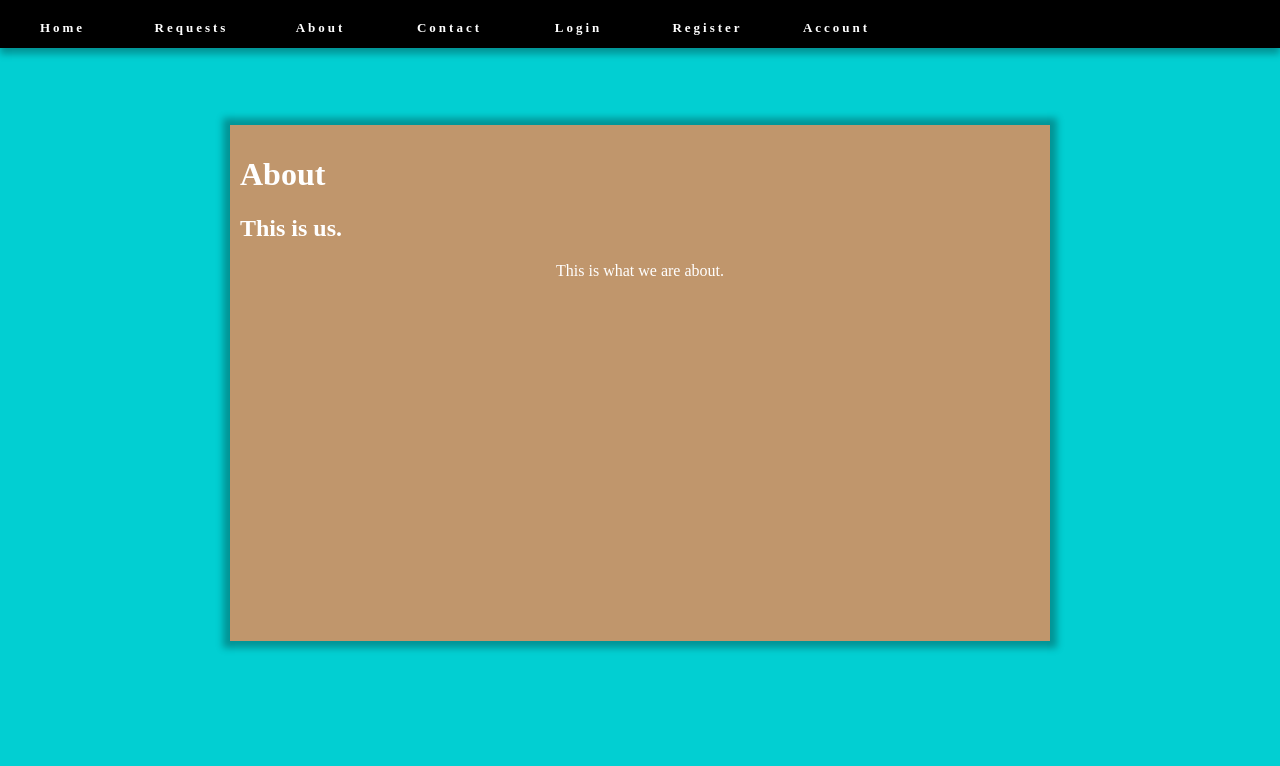
Repository: mailog/Tomorrow
Page: http://localhost/about
The author's editor kept a copy of each file at every save. The page is drawn from the files as they stood at one save, then again after the next save.
The browser window is 1280 px wide. The pictures show the whole page.
The page is this project's Thymeleaf template; nobody is signed in. The template is opened directly, without the code that normally fills it, so the values that code supplies are empty.

Above is the page before, as saved 2017-07-30 05:08:03.

After the next save:
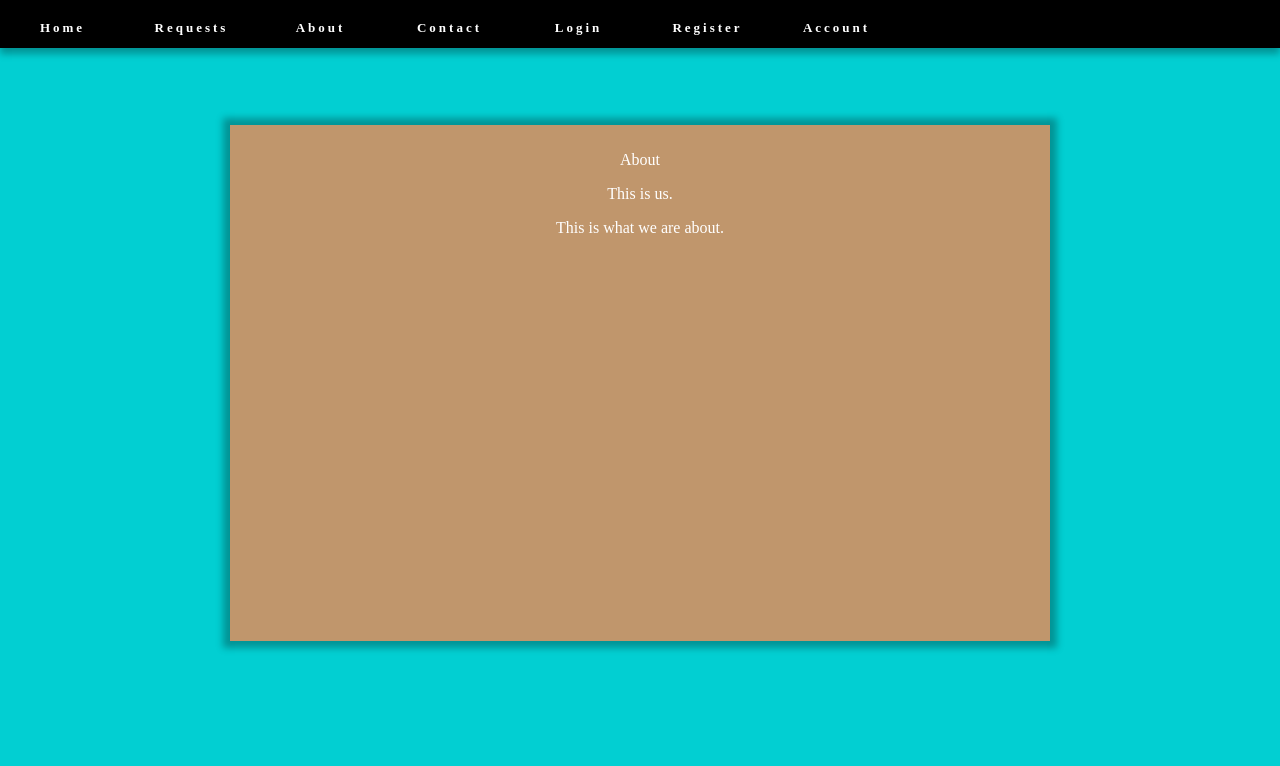
Saved 59 s later.
--- a/Tomorrow/src/main/resources/templates/about.html
+++ b/Tomorrow/src/main/resources/templates/about.html
@@ -31,8 +31,8 @@
 </div>
 
 <div id = "about">
-	<h1>About</h1>
-	<h2>This is us.</h2>
+	<p>About</p>
+	<p>This is us.</p>
 	<p>This is what we are about.</p>
 </div>
 </body>

After the save that followed:
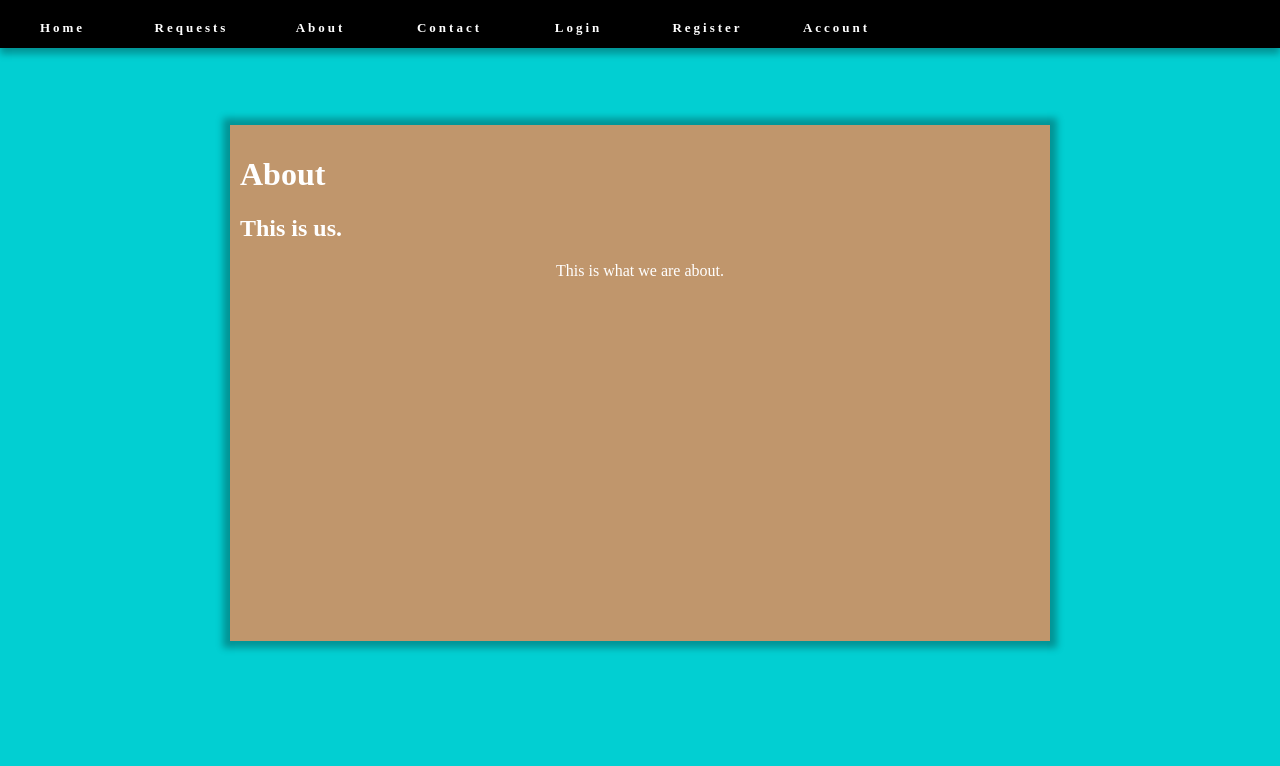
Saved 94 s later.
--- a/Tomorrow/src/main/resources/templates/about.html
+++ b/Tomorrow/src/main/resources/templates/about.html
@@ -31,8 +31,8 @@
 </div>
 
 <div id = "about">
-	<p>About</p>
-	<p>This is us.</p>
+	<h1>About</h1>
+	<h2>This is us.</h2>
 	<p>This is what we are about.</p>
 </div>
 </body>
